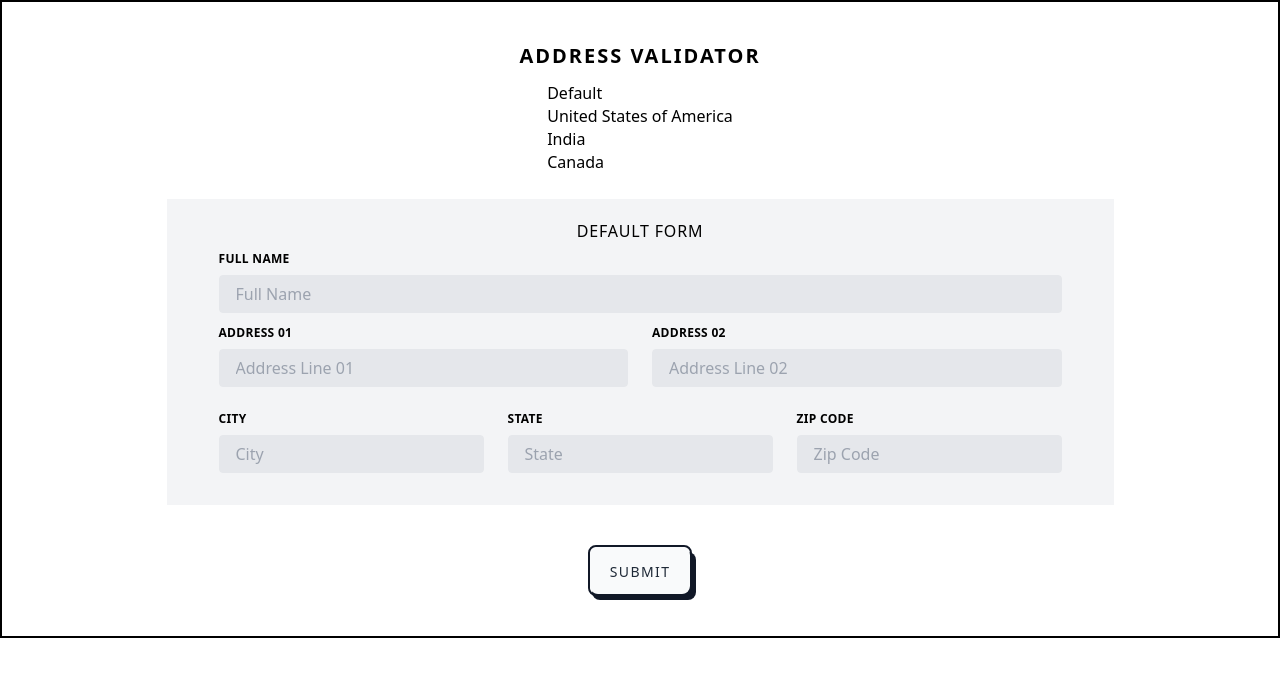
Repository: jay-singhvi/SWArchDesign_TeamProject
Page: / (app in frontend/address-validation/)
These files come from the project's save history. The page is drawn as it stood at one moment and after the next save; the edit follows.
The browser window is 1280 px wide. The pictures show the whole page.
The project was rebuilt for these pictures with package versions that can differ from the ones it lists, and the page was loaded fresh each time. Also part of the build but not shown: frontend/address-validation/src/App.css.

Above is the page before, as saved 2023-03-07 18:13:28.

After the next save:
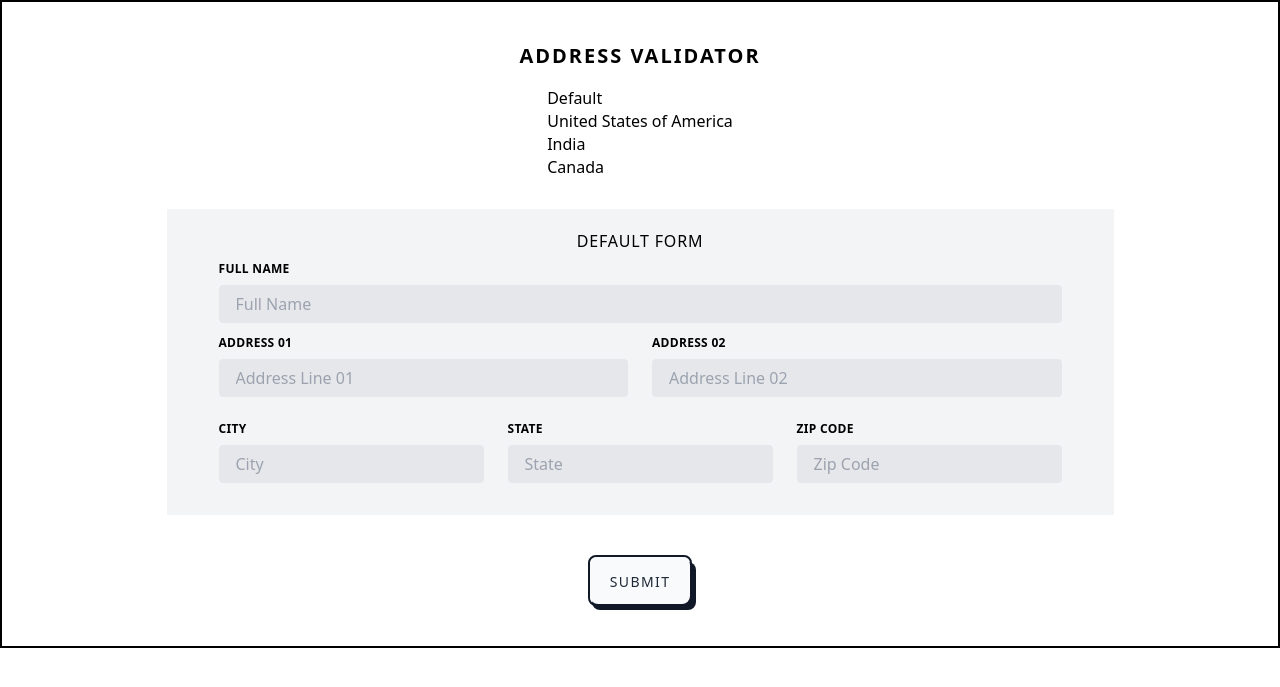
Saved 15 s later.
--- a/frontend/address-validation/src/App.js
+++ b/frontend/address-validation/src/App.js
@@ -156,6 +156,7 @@ function App() {
         </h1>
         <div className="mt-3">
           <select
+          style={{ padding:5}}
             // className=" p-5 outline-none focus:outline-none"
             multiple
             value={countryList}
